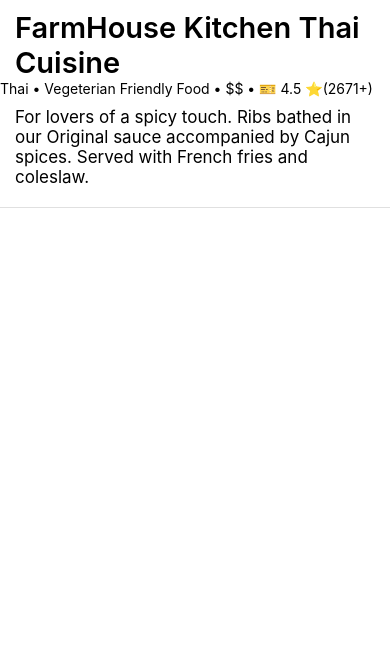
Repository: remydev47/ubereats-frontend
Screen: /RestaurantDetails
These files come from the project's save history. The screen is drawn as it stood at one moment and after the next save; the edit follows.
The pictures show rows 180 to 844 of an output 844 px tall.
The app was drawn by React Native's web renderer in a window 390 px wide. The project was rebuilt for these pictures with package versions that can differ from the ones it lists, and the page was loaded fresh each time. Also part of the build but not shown: components/Home/HeaderTabs.js, components/Home/SearchBar.js, components/Home/Categories.js, components/Home/RestaurantItems.js, components/Home/BottomTabs.js, Screens/Home.js.

Above is the screen before, as saved 2022-05-29 23:01:13.

After the next save:
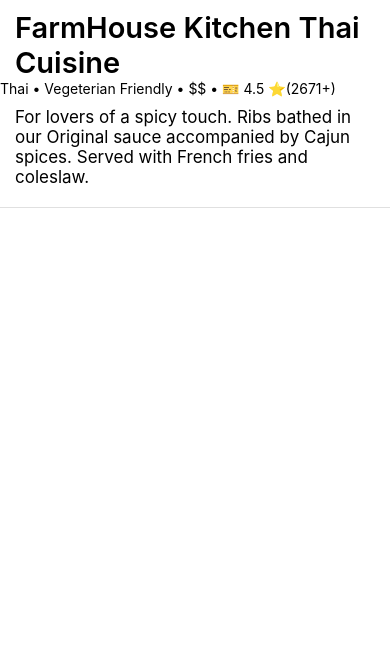
Saved 12 s later.
--- a/components/restaurantDetails/About.js
+++ b/components/restaurantDetails/About.js
@@ -5,7 +5,7 @@
 
 const title = "FarmHouse Kitchen Thai Cuisine"
 
-const detail = "Thai • Vegeterian Friendly Food • $$ • 🎫 4.5 ⭐(2671+)"
+const detail = "Thai • Vegeterian Friendly • $$ • 🎫 4.5 ⭐(2671+)"
 
 const description = "For lovers of a spicy touch. Ribs bathed in our Original sauce accompanied by Cajun spices. Served with French fries and coleslaw."
 
